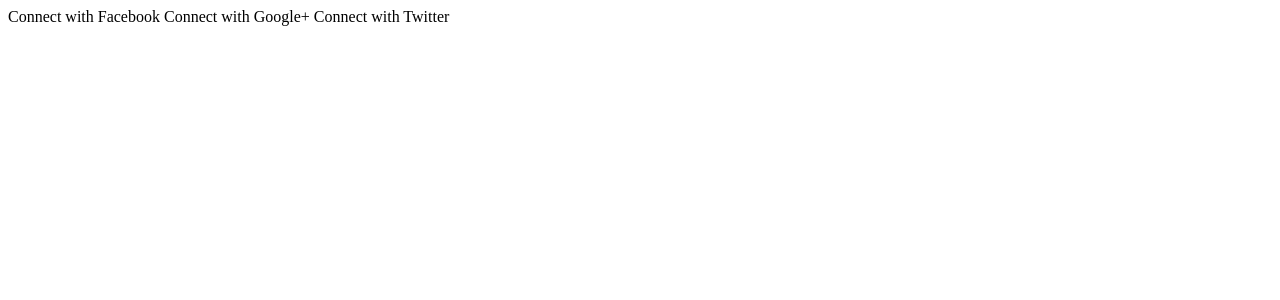
Repository: smirciat/reservations
Page: client/components/oauth-buttons/oauth-buttons.html
The author's editor kept a record of every edit. The page is drawn from the files as they stood at one moment, then again after the next edit.
The browser window is 1280 px wide. The pictures show the whole page.

Above is the page before.

### client/components/oauth-buttons/oauth-buttons.html
<div class="row">
  <div class="col-md-2" >
<a ng-class="classes" ng-click="OauthButtons.loginOauth('facebook')" class="btn btn-social btn-facebook">
  <i class="fa fa-facebook"></i>
  Connect with Facebook
</a>
<a ng-class="classes" ng-click="OauthButtons.loginOauth('google')" class="btn btn-social btn-google">
  <i class="fa fa-google-plus"></i>
  Connect with Google+
</a>
<a ng-class="classes" ng-click="OauthButtons.loginOauth('twitter')" class="btn btn-social btn-twitter">
  <i class="fa fa-twitter"></i>
  Connect with Twitter
</a>

</div>

After the next edit:
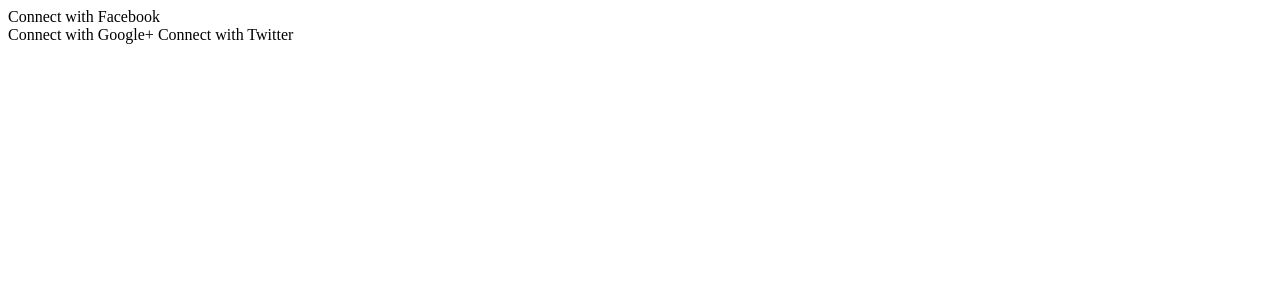
The edit:
--- a/client/components/oauth-buttons/oauth-buttons.html
+++ b/client/components/oauth-buttons/oauth-buttons.html
@@ -4,6 +4,8 @@
   <i class="fa fa-facebook"></i>
   Connect with Facebook
 </a>
+</div>
+ <div class="col-md-2" >
 <a ng-class="classes" ng-click="OauthButtons.loginOauth('google')" class="btn btn-social btn-google">
   <i class="fa fa-google-plus"></i>
   Connect with Google+
